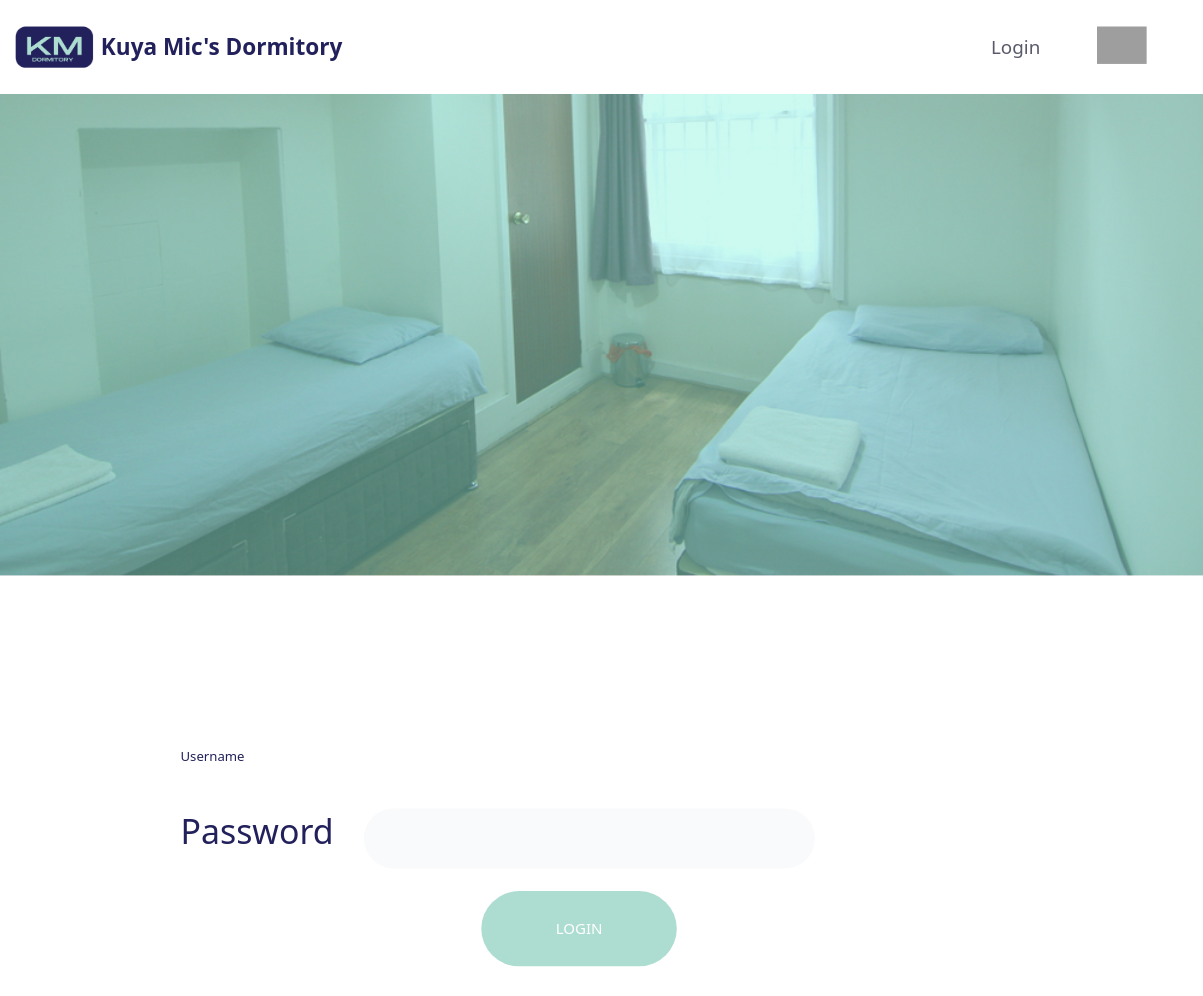
Repository: theamgri/Dormitory-Management-System
Page: login.html
The author's editor kept a copy of each file at every save. The page is drawn from the files as they stood at one save, then again after the next save.
The browser window is 1280 px wide. The pictures show the whole page, at 94% of full size.
Pictures or frames that could not be fetched are drawn as grey boxes. Some web libraries are served in a nearby version.

Above is the page before, as saved 2022-12-06 09:31:05.

After the next save:
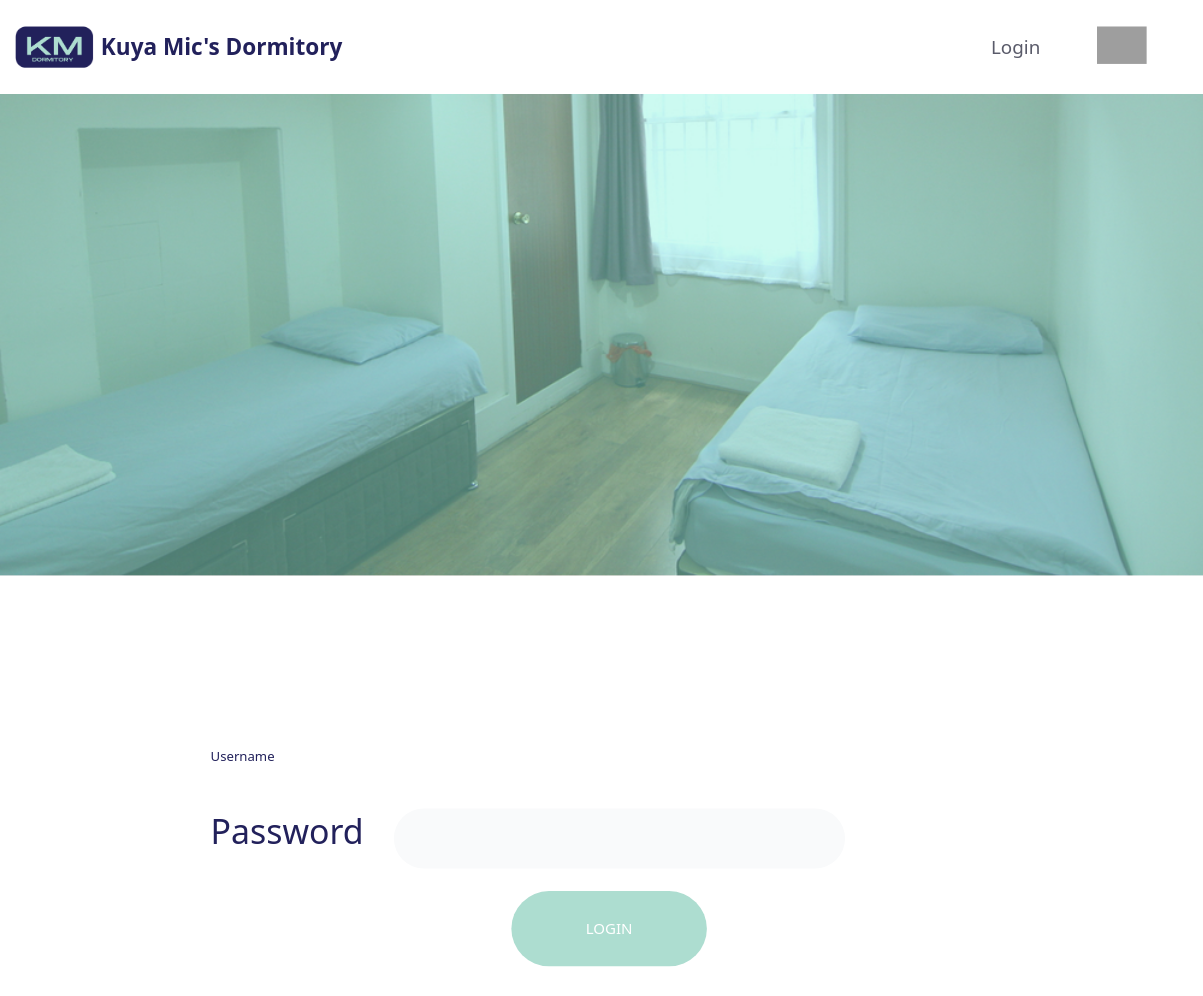
Saved 4 s later.
--- a/login.html
+++ b/login.html
@@ -42,7 +42,7 @@
         </div>
     </div>
 
-        <div class="sm:items-center space-y-4 md:space-y-6 sm:p-8 sm:px-3" style="padding-top: 10rem; padding-left: 10rem">
+        <div class="sm:items-center space-y-4 md:space-y-6 sm:p-8 sm:px-3" style="padding-top: 10rem; padding-left: 12rem">
 
                 <div>
                     <label for="email" class="inline-block text-4xl text-sm font-medium text-gray-900" style="color: #22215B; padding-left: 2rem;">Username</label>
